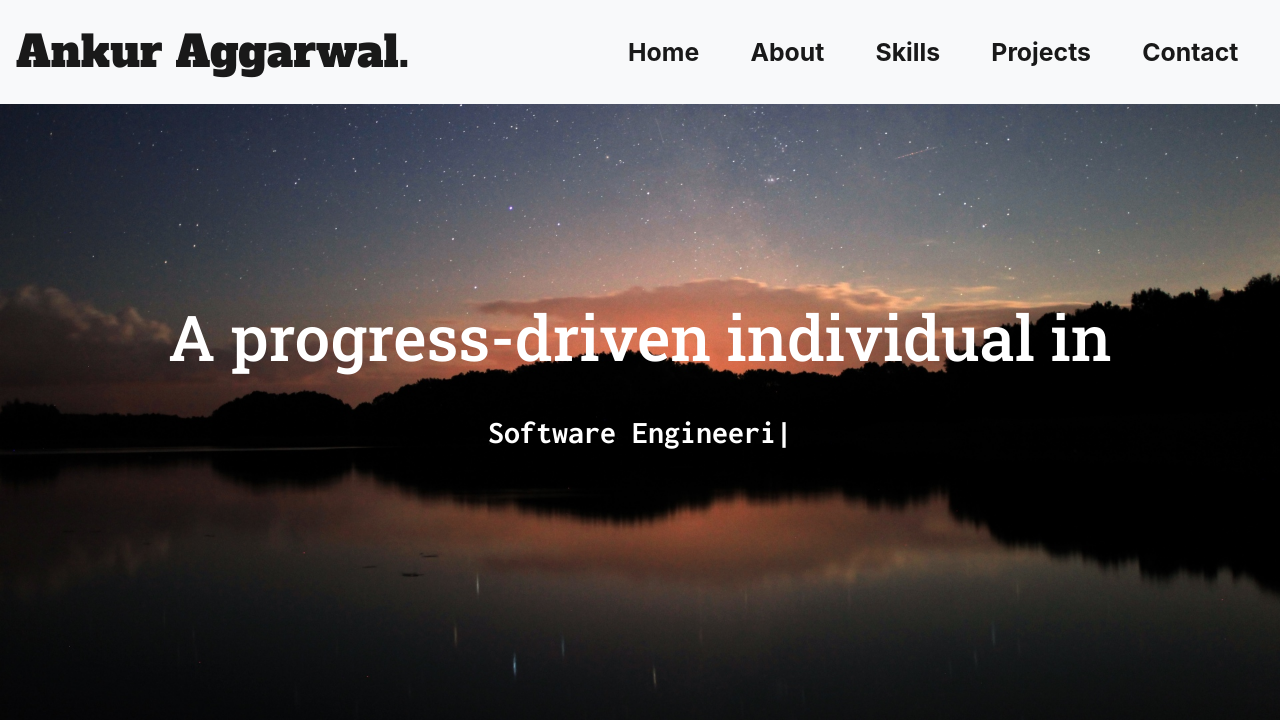
Repository: AnkurDevv/PersonalWebsite
Page: index.html
An editor plug-in stored every save of this project. The page is shown before and after the next save, followed by the edit.
The browser window is 1280 px wide. The pictures show the whole page.
Some web fonts or font styles are not loaded; a fallback is used.

Above is the page before, as saved 2020-09-13 14:14:24.

After the next save:
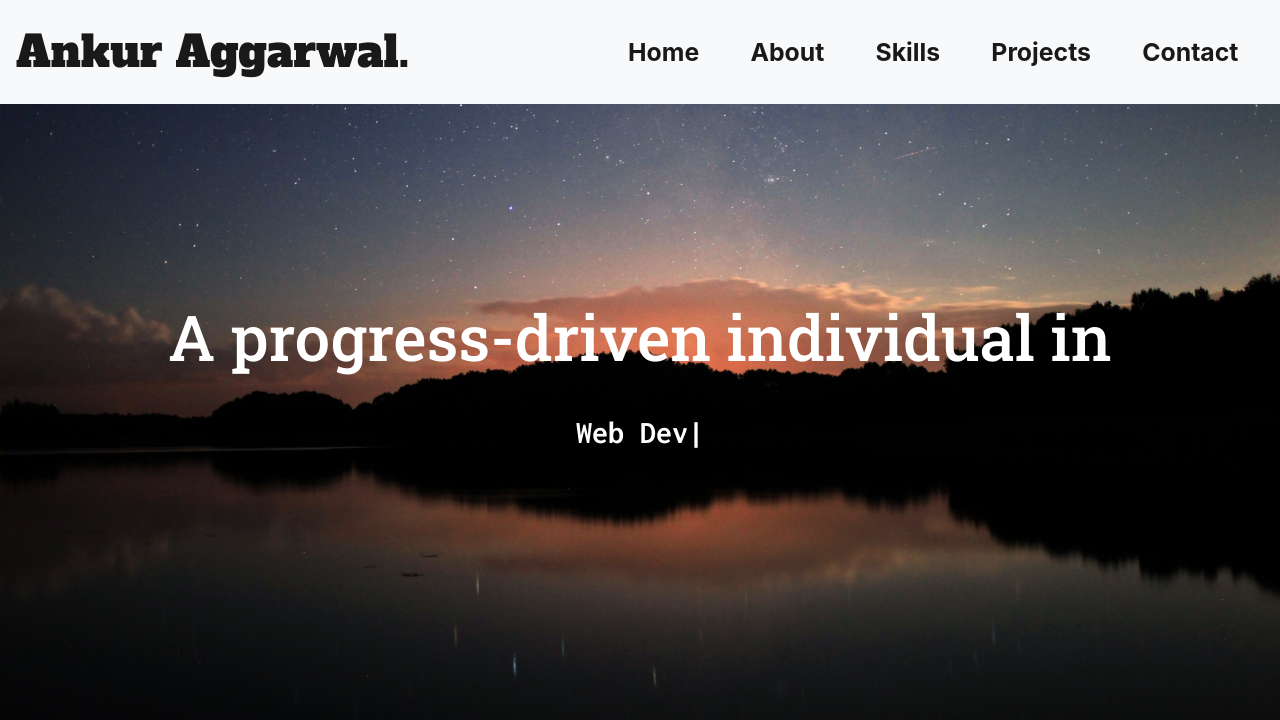
Saved 44 s later.
--- a/index.html
+++ b/index.html
@@ -80,7 +80,7 @@
   <script>
     // JS FOR COOL TYPING EFFECT USING TYPE.JS -  START
     var options = {
-      strings: ['Software Engineering.', 'Web Development.', 'Management & Planning.'],
+      strings: ['Web Development.', 'Software Engineering.', 'Management & Planning.'],
       typeSpeed: 100,
       loop: true,
       backDelay: 800,
